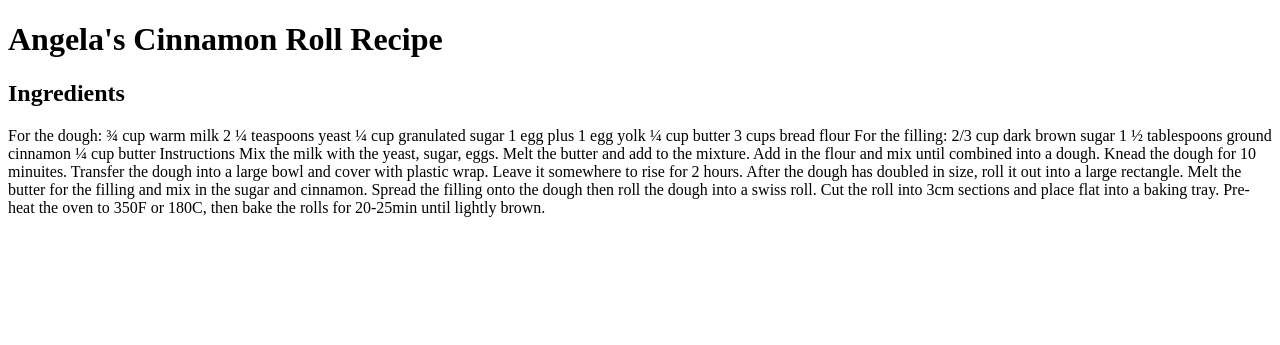
Repository: arzeee/Web_Course
Page: 3.0+List+Elements/3.0 List Elements/index.html
The author's editor kept a copy of each file at every save. The page is drawn from the files as they stood at one save, then again after a run of saves.
The browser window is 1280 px wide. The pictures show the whole page.

Above is the page before, as saved 2024-12-01 17:50:54.

### 3.0+List+Elements/3.0 List Elements/index.html
<!DOCTYPE html>
<html lang="en">
<head>
    <meta charset="UTF-8">
    <meta name="viewport" content="width=device-width, initial-scale=1.0">
    <title>Document</title>
</head>
<body>
    <h1>Angela's Cinnamon Roll Recipe</h1>

    <h2>Ingredients</h2>

    <h2></h2>
</body>
</html>




For the dough:
¾ cup warm milk
2 ¼ teaspoons yeast
¼ cup granulated sugar
1 egg plus 1 egg yolk
¼ cup butter
3 cups bread flour

For the filling:
2/3 cup dark brown sugar
1 ½ tablespoons ground cinnamon
¼ cup butter

Instructions

Mix the milk with the yeast, sugar, eggs.
Melt the butter and add to the mixture.
Add in the flour and mix until combined into a dough.
Knead the dough for 10 minuites.
Transfer the dough into a large bowl and cover with plastic wrap. Leave it somewhere to rise for 2 hours.
After the dough has doubled in size, roll it out into a large rectangle.
Melt the butter for the filling and mix in the sugar and cinnamon.
Spread the filling onto the dough then roll the dough into a swiss roll.
Cut the roll into 3cm sections and place flat into a baking tray.
Pre-heat the oven to 350F or 180C, then bake the rolls for 20-25min until lightly brown.

After the next 8 saves:
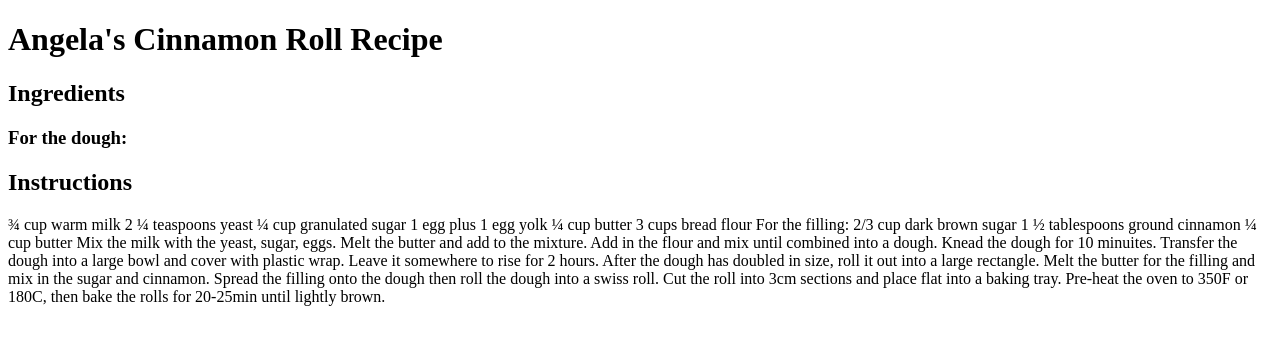
The 8 saves are shown as one change because they came seconds apart.
The last was saved 20 s later.
--- a/3.0+List+Elements/3.0 List Elements/index.html
+++ b/3.0+List+Elements/3.0 List Elements/index.html
@@ -10,14 +10,19 @@
 
     <h2>Ingredients</h2>
 
-    <h2></h2>
+    <h3>For the dough:</h3>
+    <ul>
+
+    </ul>
+
+    <h2>Instructions</h2>
 </body>
 </html>
 
 
 
 
-For the dough:
+
 ¾ cup warm milk
 2 ¼ teaspoons yeast
 ¼ cup granulated sugar
@@ -30,7 +35,7 @@ For the filling:
 1 ½ tablespoons ground cinnamon
 ¼ cup butter
 
-Instructions
+
 
 Mix the milk with the yeast, sugar, eggs.
 Melt the butter and add to the mixture.
